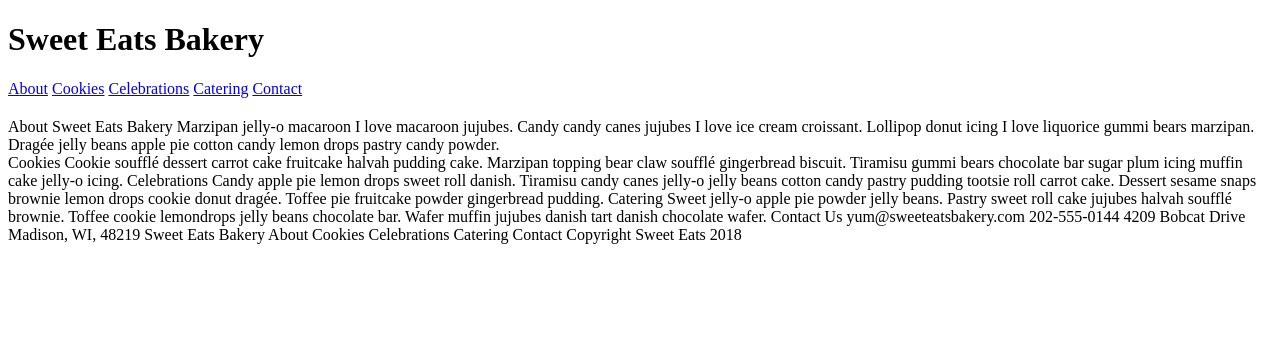
Repository: yoshimario/web-module-challenge-user-interface
Page: index.html
An editor plug-in stored every save of this project. The page is shown before and after the next save, followed by the edit.
The browser window is 1280 px wide. The pictures show the whole page.
Some web fonts or font styles are not loaded; a fallback is used.

Above is the page before, as saved 2023-05-14 14:27:38.

### index.html
<!DOCTYPE html>
<html lang="en">

<head>
    <meta charset="UTF-8">
    <!-- import your css file -->
    <link href="https://fonts.googleapis.com/css?family=Gaegu|Roboto" rel="stylesheet">
    <title>Sweet Eats Bakery</title>
</head>

<body>

    <!-- company name -->
    <h1>Sweet Eats Bakery</h1>

    <!-- Navigation -->
    <nav>
       <a href="#">About</a>
       <a href="#">Cookies</a>
       <a href="#">Celebrations</a>
       <a href="#">Catering</a>
       <a href="#">Contact</a>
    </nav>

    </header>
    <!-- Image https://tk-assets.lambdaschool.com/bcf76f62-2431-4c22-b466-2e711f3da2b9_ui-i-bakery-main-header.png -->

    <!-- Marketing header -->
    <section>
        <h2></h2>
    About Sweet Eats Bakery

    Marzipan jelly-o macaroon I love macaroon jujubes. Candy candy canes jujubes I love ice cream croissant. Lollipop
    donut icing I love liquorice gummi bears marzipan. Dragée jelly beans apple pie cotton candy lemon drops pastry candy
    powder.
    </section>
    <!-- content -->

    <!-- Image https://tk-assets.lambdaschool.com/7393a8fd-c8e5-4003-921f-79e0d546d02c_ui-i-bakery-cookies.png -->
    Cookies

    Cookie soufflé dessert carrot cake fruitcake halvah pudding cake. Marzipan topping bear claw soufflé gingerbread
    biscuit. Tiramisu gummi bears chocolate bar sugar plum icing muffin cake jelly-o icing.

    <!-- Image https://tk-assets.lambdaschool.com/297378d6-9c89-430f-9d2e-46ae3d5edce8_ui-i-bakery-cupcake-i.png -->
    Celebrations

    Candy apple pie lemon drops sweet roll danish. Tiramisu candy canes jelly-o jelly beans cotton candy pastry pudding
    tootsie roll carrot cake. Dessert sesame snaps brownie lemon drops cookie donut dragée. Toffee pie fruitcake powder
    gingerbread pudding.

     <!-- Image https://tk-assets.lambdaschool.com/ab0cb095-5900-476c-b042-aea065d3dbbf_ui-i-bakery-celebrate.png -->
    Catering

    Sweet jelly-o apple pie powder jelly beans. Pastry sweet roll cake jujubes halvah soufflé brownie. Toffee cookie
    lemondrops jelly beans chocolate bar. Wafer muffin jujubes danish tart danish chocolate wafer.

    Contact Us

    yum@sweeteatsbakery.com
    202-555-0144
    4209 Bobcat Drive
    Madison, WI, 48219

    <!-- footer -->
    Sweet Eats Bakery

    About
    Cookies
    Celebrations
    Catering
    Contact

    Copyright Sweet Eats 2018
</body>

</html>

After the next save:
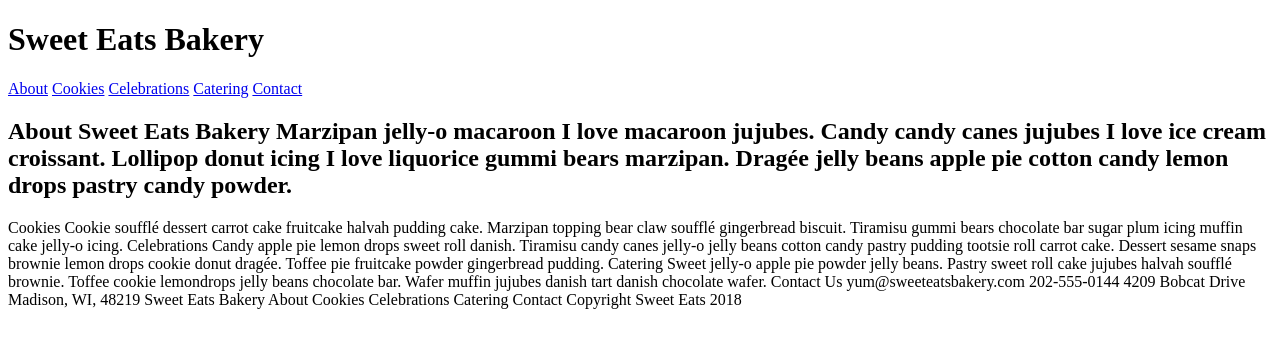
Saved 5 s later.
--- a/index.html
+++ b/index.html
@@ -27,7 +27,7 @@
 
     <!-- Marketing header -->
     <section>
-        <h2></h2>
+        <h2>
     About Sweet Eats Bakery
 
     Marzipan jelly-o macaroon I love macaroon jujubes. Candy candy canes jujubes I love ice cream croissant. Lollipop
